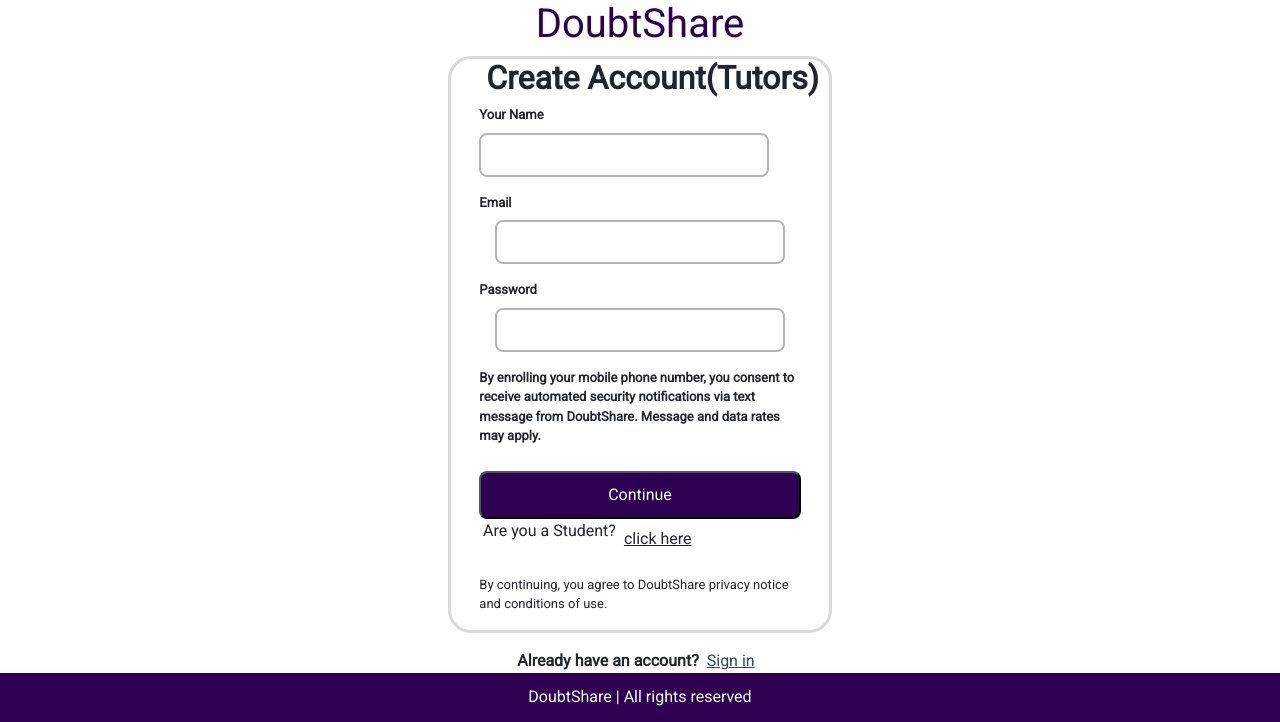
Repository: drumsmanku/doubtshare
Page: /register/tutor (app in frontend/)
An editor plug-in stored every save of this project. The page is shown before and after the next save, followed by the edit.
The browser window is 1280 px wide. The pictures show the whole page.
The project was rebuilt for these pictures with package versions that can differ from the ones it lists, and the page was loaded fresh each time. Also part of the build but not shown: frontend/src/App.css, frontend/src/Components/Register/Register.js, frontend/src/Components/Dashboard/Sidebar.js, frontend/src/Components/Dashboard/Profile.js, frontend/src/Components/CreateDoubtForm/CreateDoubtForm.js, frontend/src/Components/Dashboard/Dashboard.js, frontend/src/Components/Login/Login.js, frontend/src/Components/LoginTutor/LoginTutor.js and 1 more.

Above is the page before, as saved 2023-12-30 21:02:41.

After the next save:
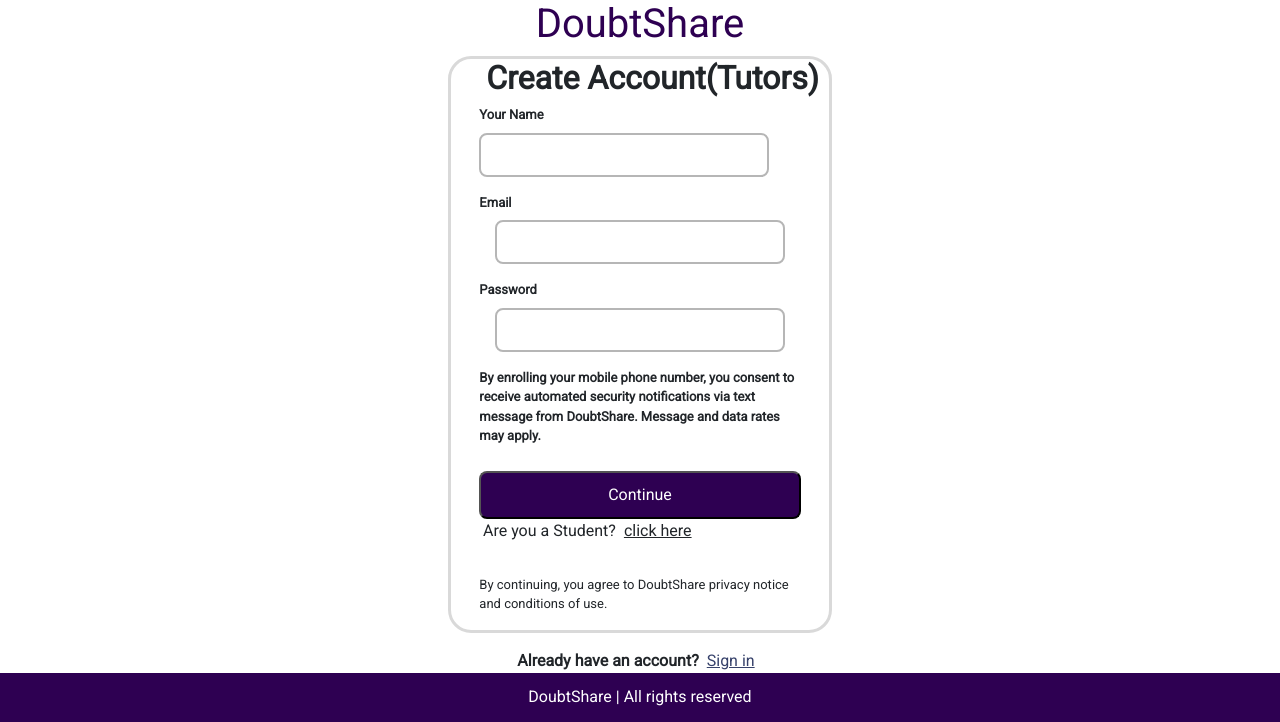
Saved 48 s later.
--- a/frontend/src/Components/RegisterTutor/RegisterTutor.js
+++ b/frontend/src/Components/RegisterTutor/RegisterTutor.js
@@ -89,7 +89,7 @@ function RegisterTutor() {
           <button className={styles.buttonStyles} type="submit" style={{ cursor:'pointer'}} onClick={signup}>Continue</button>
         </div>
 
-        <div style={{width:'100%', display:'flex', alignItems:'center', paddingLeft:'2rem'}}>
+        <div style={{width:'100%', display:'flex', paddingLeft:'2rem'}}>
              <p>Are you a Student?</p>
              <u style={{ cursor:'pointer', marginLeft:'0.5rem'}} onClick={()=>{navigate('/register/student')}}>click here</u>
           </div>
